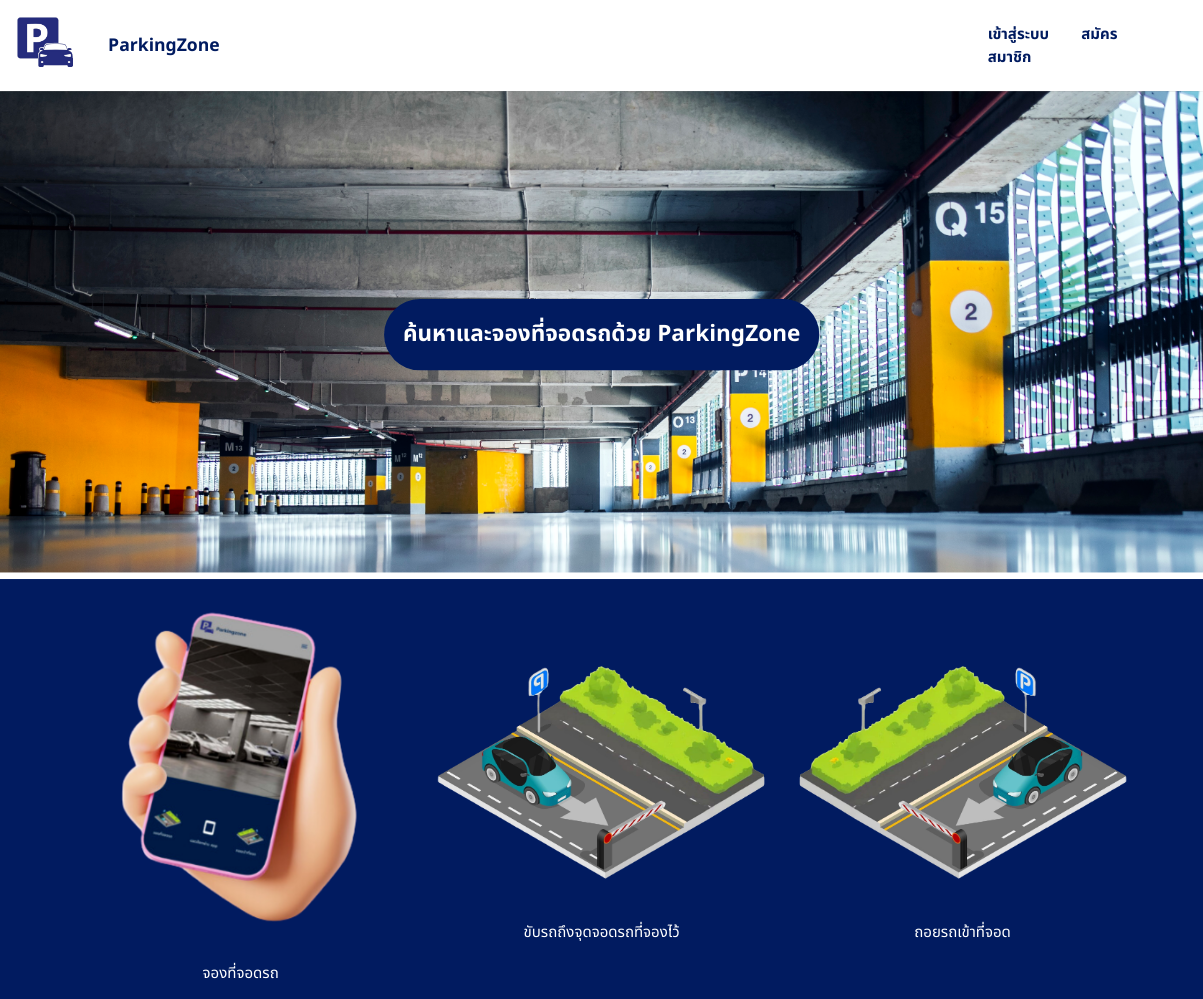
Repository: ThanyalakSasen/webApp
Page: http://localhost/
The author's editor kept a copy of each file at every save. The page is drawn from the files as they stood at one save, then again after a run of saves.
The browser window is 1280 px wide. The pictures show the whole page, at 94% of full size.
The page is served by the project's Laravel application, run on PHP 8.4 with Laravel 12.

Above is the page before, as saved 2024-09-29 19:02:51.

After the next 2 saves:
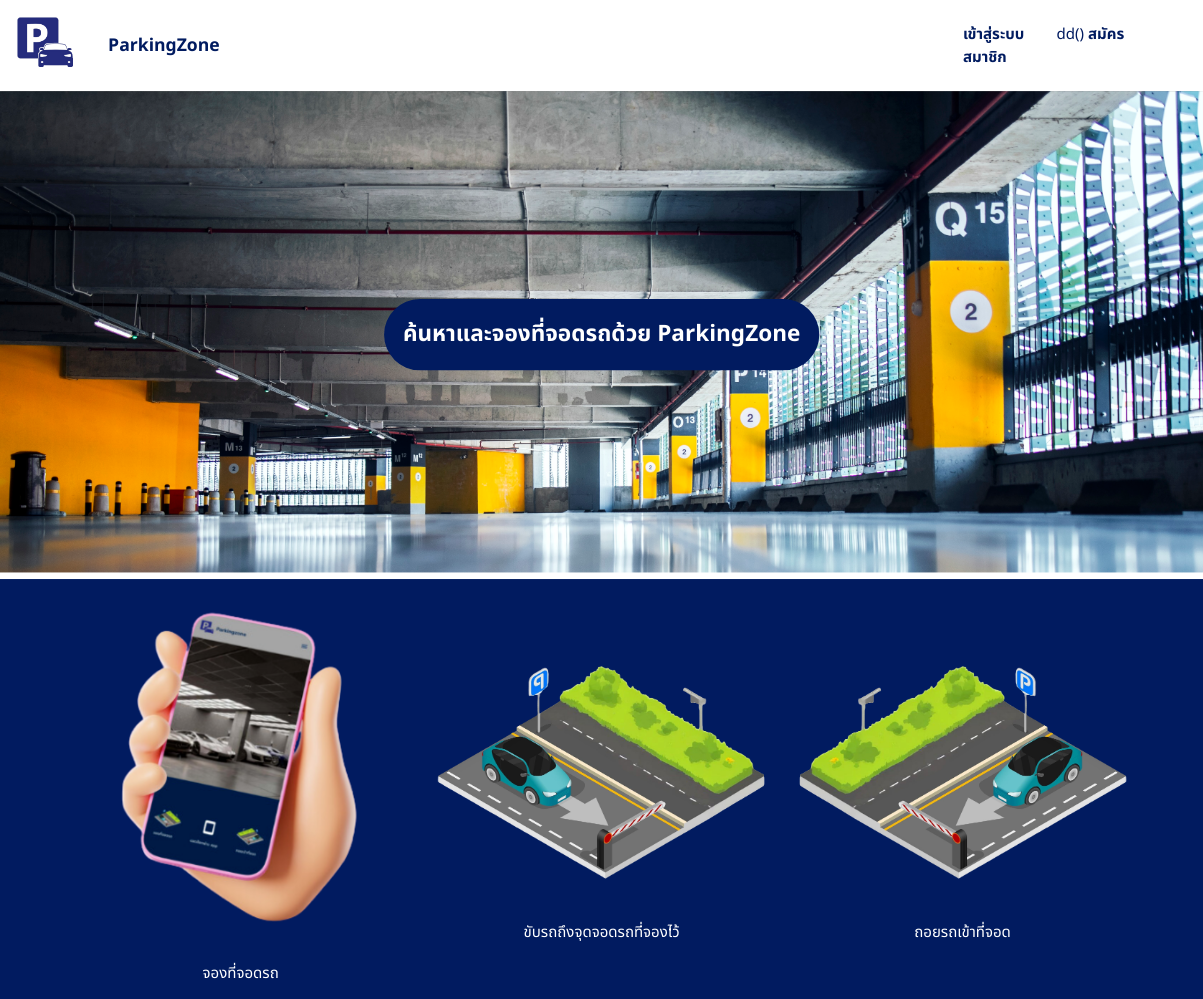
The 2 saves are shown as one change because they came seconds apart.
The last was saved 15 s later.
--- a/resources/views/welcome.blade.php
+++ b/resources/views/welcome.blade.php
@@ -105,7 +105,7 @@
                         class="rounded-md px-3 py-2 text-black ring-1 ring-transparent transition hover:text-black/70 focus:outline-none focus-visible:ring-[#FF2D20] dark:text-white dark:hover:text-white/80 dark:focus-visible:ring-white"
                         >เข้าสู่ระบบ</a>
 
-
+                dd()
                 @if (Route::has('register'))
                     <a href="{{ route('register') }}"
                             class="rounded-md px-3 py-2 text-black ring-1 ring-transparent transition hover:text-black/70 focus:outline-none focus-visible:ring-[#FF2D20] dark:text-white dark:hover:text-white/80 dark:focus-visible:ring-white"
